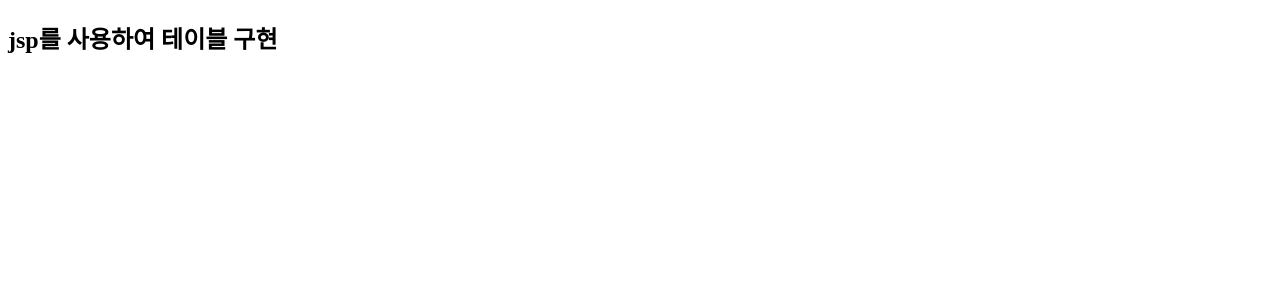
Repository: heyJSH/Study_java_web_sol
Page: http://localhost/jspweb_07/forstat_ex.jsp
An editor plug-in stored every save of this project. The page is shown before and after the next save, followed by the edit.
The browser window is 1280 px wide. The pictures show the whole page.
The page is served by Tomcat 9.

Above is the page before, as saved 2024-01-11 00:39:58.

After the next save:
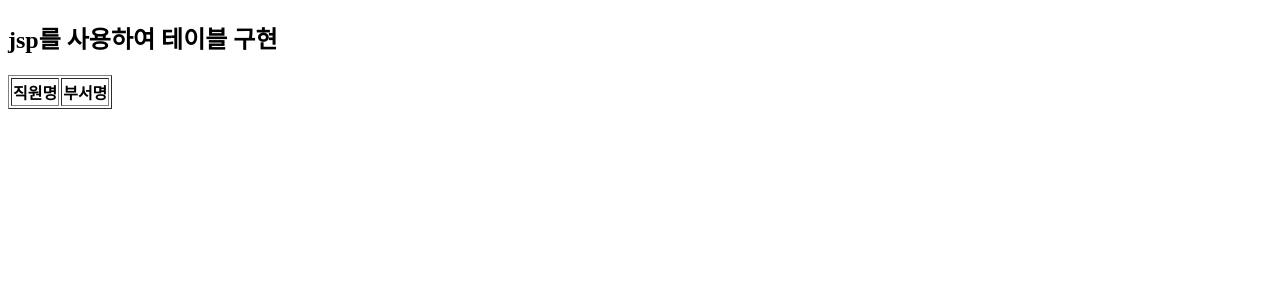
Saved 72 s later.
--- a/teacher_lecture/cotogether/workspace_stsb_4_21/jspweb_07/src/main/webapp/forstat_ex.jsp
+++ b/teacher_lecture/cotogether/workspace_stsb_4_21/jspweb_07/src/main/webapp/forstat_ex.jsp
@@ -20,7 +20,13 @@
 		departName.add("개발팀");
 		departName.add("보안팀");
 
+		out.println("<table border='1'>");
+			out.println("<tr>");
+			out.println("<th>직원명</th>");
+			out.println("<th>부서명</th>");
 
+
+		out.println("<table>");
 	%>
 </body>
 </html>
